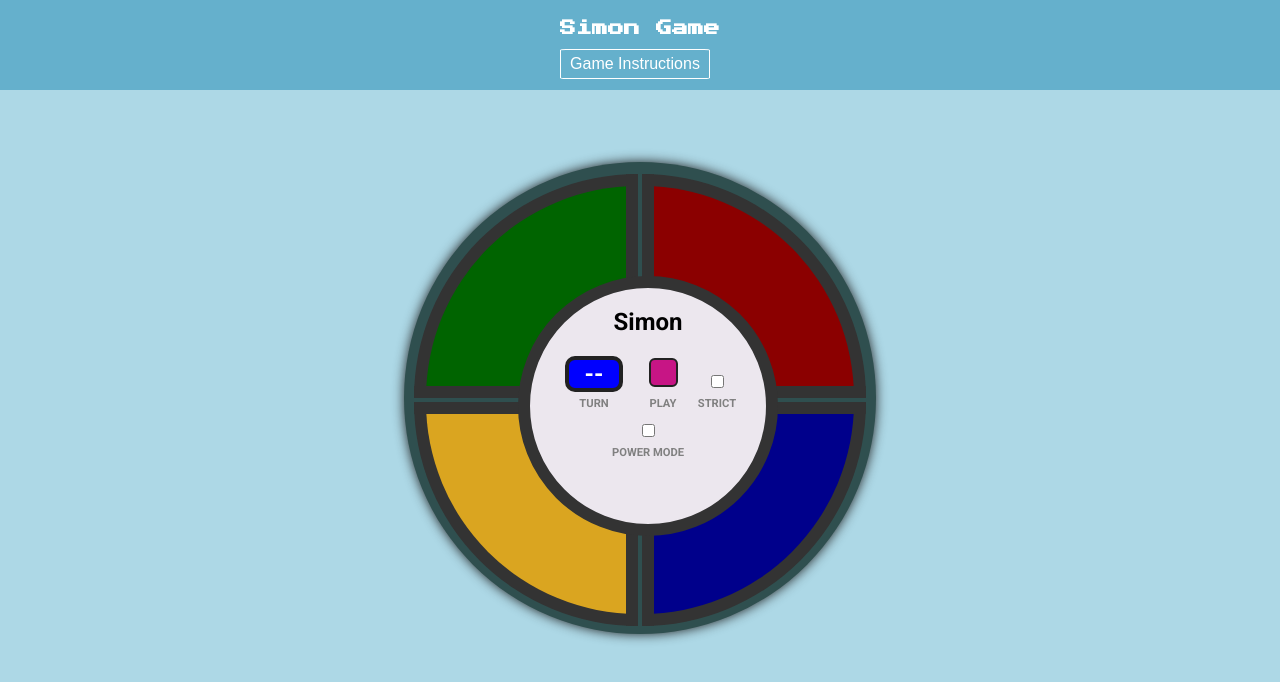
Repository: bbarbara19/memorygame
Page: index.html
The author's editor kept a record of every edit. The page is drawn from the files as they stood at one moment, then again after the next edit.
The browser window is 1280 px wide. The pictures show the whole page.

Above is the page before.

### index.html
<!DOCTYPE html>
<html lang="en">
<head>
    <meta charset="UTF-8">
    <meta name="viewport" content="width=device-width, initial-scale=1.0">
    <meta http-equiv="X-UA-Compatible" content="ie=edge">
    <link rel="stylesheet" href="style.css" type="text/css"/>
    <script src="https://cdn.jsdelivr.net/npm/sweetalert2@8"></script>
    <title>Simon Game</title>
      <audio id="clip1" src="sounds/simonSound1.mp3"></audio>
      <audio id="clip2" src="sounds/simonSound2.mp3"></audio>
      <audio id="clip3" src="sounds/simonSound3.mp3"></audio>
      <audio id="clip4" src="sounds/simonSound4.mp3"></audio>
</head>
<body>

<!--nav bar-->
<nav>
    <div class="title">
        <h1>Simon Game</h1>
    </div>
    <div class="btn-wrap">
            <button class="btn-GameHelp" onclick="gamehelp();">Game Instructions</button>
    </div>
</nav>
<!--end nav bar-->

<!--Container Game console-->
<div class="container">
    <div class="fourPads">
        <div>
            <div class="inline pad green" id='green'></div>
            <div class="inline pad red" id='red'></div>
        </div>
        <div>
          <div class="inline pad yellow" id='yellow'></div>
          <div class="inline pad blue" id='blue'></div>
        </div>
     </div> <!--end fourPads -->
     <div class="console"><!--inner game console -->
         <h2>Simon</h2>
         <div class="rw">
             <div class="display inline">
                 <h2 class="counter boxTurn" id="Counter">--</h2>
                 <h3 class="label">TURN</h3>
             </div>
             <div class="btn-box inline">
                 <div class="round-btn clickable" id="start"></div>
                 <h3 class="label">PLAY</h3>
             </div>
             <div class="btn-box inline">
                 <input type="checkbox" class="toggle" id="strictMode">
                 <h3 class="label">STRICT</h3>
             </div>
             <div>
                 <div>
                 <input type="checkbox" class="toggle inline" id="powerMode">
                 <h3 class="label">POWER MODE</h3>
                 </div>
             </div>
             <!--end center div-->
         </div>
    </div>
    <!--end inner game console -->
</div>
<!--end main game container -->
<script type="text/javascript" src="script.js"></script>
</body>
</html>

### style.css
@import url('https://fonts.googleapis.com/css?family=Roboto:300,400,500,700&display=swap');
@import url('https://fonts.googleapis.com/css?family=Press+Start+2P&display=swap');

body {
 background-color: lightblue;
 font-family:Roboto;
 margin:0;
 padding:0;
}

/*--style Button Drop down instructions--*/

/* Dropdown Button */
.btn-GameHelp {
  background-color: #65b0cc;
  color: white;
  padding: 5px;
  width:150px;
  position: relative;
  margin: 10 auto;
  font-size: 16px;
  cursor: pointer;
  left:20px;
  border-radius:4%;
  border: solid 1px white;
  text-align:center;
}

.btn-GameHelp:hover {
  background-color: LightBlue;
  color:#3085d6;
  border: solid 1px  #3085d6;
  #3085d6
}

.btn-wrap {
  width: 200px;
  margin: 0 auto;
  position:relative;
}

nav {
  margin:0;
  width:100%;
  height:70px;
  background-color:#65b0cc;
  padding-top: 10px;
  padding-bottom: 10px;
  padding-right: 0px;
  padding-left: 0px;
}

.title{
 width: 50%;
 margin: 0 auto;
}
/*--End style Button Drop down instructions--*/

/*--style Game container--*/

h1{
  font-family: 'Press Start 2P', cursive !important;
  font-size:16px;
  color : white !important;
  margin-top:10px;
  text-align:center;
}

.container{
  width: 472px;
  height:472px;
  border-radius:100%;
  position: relative;
  text-align: center;
  margin:auto;
  background-color:darkslategray;
  top:10vh;
  box-shadow: 0px 0px 12px #222;
}

.fourPads{
  position: relative;
  top:12px;
}

.pad.red {
    background:darkred;
    border-top-right-radius : 100%;
}

.pad.green {
    background:darkgreen;
    border-top-left-radius : 100%;
}

.pad.yellow {
    background:goldenrod;
    border-bottom-left-radius : 100%;
}

.pad.blue {
    background:darkblue;
    border-bottom-right-radius : 100%;
}

.console{
  width:50%;
  height:50%;
  position : absolute;
  border-radius:100%;
  top:50%;
  left:50%;
  margin: -122px 0 0  -122px;
  background-color:#ECE7EE;
  border: 12px solid #333;
}

.pad {
  position  : relative;
 /* width:200px;*/
 /* height:200px;*/
  width:200px;
  height:200px;
  background-color : grey;
  border: 12px solid #333;
}

.inline{
  display: inline-block;
}

.counter{
  font-family: Roboto;
  color : white;
  padding : 0px;
  font-size : 1.5em;
  width : 50px;
  background-color: #00FF;
  position:relative;
  border : 4px solid #222;
  border-radius : 10px;
  margin:auto;
}

.round-btn{
  width : 25px;
  height : 25px;
  position: relative;
  background-color : mediumvioletred;
  border-radius : 20%;
  border : 2px solid #222;
  margin:auto;
  top : -5px;
}

.round-btn:active{
    box-shadow : 0 1px 1px #292929;
    top : -4px;
}

.clickable{
  pointer-events : auto;
  cursor:pointer;
}

.led-on{
  background-color:#DC0D29;
}

.led-off{
  color:white;
}

.label{
  color : grey;
  font-family :Roboto;
  font-size:0.7em;
  margin-top:5px;
  text-align:center;
}

.display{
  width : 80px;
  position:relative;
  text-align:center;
}

.btn-box{
  width : 50px;
  position:relative;
}
/*--style Game container--*/

/* ---- Scaling for Mobile--- */
@media screen and (max-width: 480px) {

  .container {
    top: 40px;
    -moz-transform: scale(0.7);
    -ms-transform: scale(0.7);
    -o-transform: scale(0.7);
    -webkit-transform: scale(0.7);
    transform: scale(0.6); /* scaleX(0.6) scaleY(0.6) */

    -o-transform-origin: 0 0;
    -ms-transform-origin: 0 0;
    -webkit-transform-origin: 0 0;
    -moz-transform-origin: 0 0;
    transform-origin: 0 0;

    left: 50%;
    margin-left: -142px;
  }
}

### script.js
let SimonOrder = [];
let playerOrder = [];
let lights;
let turn;
let winTurn;
let SimonTurn;
let intervalId;
let strict = false;
let sound = true;
let power = false;
let win;

const turnCounter = document.querySelector("#Counter");

/* event listener to check if StrictMode is checked or not */
function StrictMode(){
  if (document.querySelector('#strictMode').checked == true){
  console.log('selezionato');
  strict = true;
  } else {
  strict = false;
  }
}

/* event listener on the click on the strict mode checkbox, to call the function StrictMode()*/
document.querySelector('#strictMode').addEventListener('click', function(){
 console.log('StrictMode');
 StrictMode();
})


/* Power mode checked - allows different messages on the counter box */
function PowerChecked(){
if (document.querySelector('#powerMode').checked == true){
  console.log('power mode is on');
  power = true;
  document.querySelector(".boxTurn").innerHTML = "ON";
  } else {
  console.log('power mode is off');
  power = false;
  document.querySelector(".boxTurn").innerHTML = "OFF";
  clearColor();
  clearInterval(intervalId);
  }
}

/* event listener on the click on the power mode checkbox, to call the function PowerChecked()*/
document.querySelector('#powerMode').addEventListener('click', function(){
 console.log('PowerClicked');
 PowerChecked();
 alert('Power Mode active, press the Play button!')
})

/* function clear Color - reset the pad colours to dark after the turn */
function clearColor() {
  document.querySelector('.green').style.backgroundColor = "darkgreen";
  document.querySelector('.red').style.backgroundColor = "darkred";
  document.querySelector('.yellow').style.backgroundColor = "goldenrod";
  document.querySelector('.blue').style.backgroundColor = "darkblue";
}

/* function Flash Color - flashes the pad colours during the turn */
function flashColor() {
 document.querySelector('.green').style.backgroundColor = "lime";
 document.querySelector('.red').style.backgroundColor = "red";
 document.querySelector('.yellow').style.backgroundColor = "yellow";
 document.querySelector('.blue').style.backgroundColor = "turquoise";
}

/* functions play audio clips */
function padgreen() {
  if (sound) {
    let audio = document.getElementById("clip1");
    audio.play();
  }
  sound = true;
  document.querySelector('.green').style.backgroundColor = "lime";
}

function padred() {
  if (sound) {
    let audio = document.getElementById("clip2");
    audio.play();
  }
  sound = true;
  document.querySelector('.red').style.backgroundColor = "red";
}

function padblue() {
  if (sound) {
    let audio = document.getElementById("clip3");
    audio.play();
  }
  sound = true;
  document.querySelector('.blue').style.backgroundColor = "turquoise";
}

function padyellow() {
  if (sound) {
    let audio = document.getElementById("clip4");
    audio.play();
  }
  sound = true;
  document.querySelector('.yellow').style.backgroundColor = "yellow";
}

/* Play function that generates the game sequence, resets the Simon and player order array,
sets the turn counter to 1 */

function play() {
  SimonOrder = [];
  playerOrder = [];
  lights = 0;
  win = false;
  winTurn = true;
  intervalId = 0;
  turn = 1;
  turnCounter.innerHTML = 1;
  for (var i = 0; i < 10; i++) {
    SimonOrder.push(Math.floor(Math.random() * 4) + 1);
  }
  console.log(SimonOrder);
  SimonTurn = true; /*it starts with the computer turn*/
  intervalId = setInterval(gameTurn, 800); //
}

function gameTurn() {
  power = false;
/* during the computer turn the event listener on the pad clicks is disabled */
  if (lights == turn) {
    clearInterval(intervalId);
    SimonTurn = false;
    clearColor();
    power = true;
  }

/* if it is the computer turn, it clears all the pad colours and activate the lights sequence */
  if (SimonTurn) {
    clearColor();
    setTimeout( function Flash() {
      if (SimonOrder[lights] == 1){
        padgreen();
      }
      if (SimonOrder[lights] == 2){
        padred();
      }
      if (SimonOrder[lights] == 3){
        padblue();
      }
      if (SimonOrder[lights] == 4){
        padyellow();
      }
      lights++; //the number of lights is going to be incremented of one at each turn
    }, 200);
  }
}

/*event listener of the start button to call the play()function*/
document.querySelector("#start").addEventListener('click', function StartCommand(){
  if (power || win) {
  console.log('start pressed');
  play();
  }
})

/*function that checks the win status of the turn*/
function winTest() {
  if (playerOrder[playerOrder.length - 1] !== SimonOrder[playerOrder.length - 1]) {
    winTurn = false;
    console.log(winTurn);
    flashColor();
    turnCounter.innerHTML ="NO!";
    if (strict){
    clearColor();
    setTimeout(function(){ gameOverAlert(); }, 100);
    play();//resets the game and starts play again
    }
    else {
    setTimeout(function(){ window.alert("Wait for the new Simon round and try again!"); }, 70);
    setTimeout(function(){
      turnCounter.innerHTML = turn;
      clearColor();
      SimonTurn = true;
      lights = 0;
      playerOrder = [];
      winTurn = true;
      intervalId = setInterval(gameTurn, 800);
       }, 800);
       sound = false;
      }
  }

  if (playerOrder.length == 10 && winTurn) {
    winGame();
  }

  if (turn == playerOrder.length && winTurn && !win) {
    turn++;
    playerOrder = [];
    SimonTurn = true;
    lights = 0;
    setTimeout(function(){ window.alert("you won the turn!"); }, 70);
    setTimeout(function(){ turnCounter.innerHTML = turn; }, 70);
    turnCounter.innerHTML = turn;
    intervalId = setInterval(gameTurn, 800);
    console.log('the turn number is:'+turn);
  }
}

/*function that listens to the player click on the pads, records the number clicked in the Player Order array
flashes the pad and sounds and after a timeout clear the pad colours*/

document.querySelectorAll('.pad').forEach(function(e){
    e.addEventListener('click', function(){
      if (power){
        console.log('cliccato');
        var padClicked = this.id;
              switch (padClicked) {
              case "green":
                console.log('green clicked');
                playerOrder.push(1);
                console.log(playerOrder);
                padgreen();
                winTest();
                if (!win) {
                  setTimeout(function(){
                  clearColor();
                 }, 300);
                }
                break;
              case "yellow":
                console.log('yellow clicked');
                playerOrder.push(4);
                console.log(playerOrder);
                padyellow();
                winTest();
                if (!win) {
                  setTimeout(function(){
                  clearColor();
                 }, 300);
                }
                break;
              case "red":
                console.log('red clicked');
                playerOrder.push(2);
                console.log(playerOrder);
                padred();
                winTest();
                if (!win) {
                  setTimeout(function(){
                  clearColor();
                 }, 300);
                }
                break;
              case "blue":
                console.log('blue clicked');
                playerOrder.push(3);
                console.log(playerOrder);
                padblue();
                winTest();
                if (!win) {
                  setTimeout(function(){
                  clearColor();
                 }, 300);
                }
                break;
              default:
                console.log('no match found');
            }
         }
          })
      })


/*function win the game*/
function winGame() {
  flashColor();
  turnCounter.innerHTML = "WIN!";
  power = false;
  win = true;
  gameWinAlert();
}



/*function sweetalert2 - alert Game Help instructions*/
function gamehelp()
  {
    Swal.fire({
  type: 'info',
  text: "You won't be able to revert this!",
  html:
    '<small>Simon is a memory game in which you need to repeat a sequence of tones and lights, played by the device by pressing the buttons.</small>' +
    '<small>To win the game you have to pass 10 rounds, at each turn, the series becomes progressively longer and more complex.</small>' +
    '<small><h3><b>How to play</b></h3></small>' +
    '<li><small>To start the game check the Power Mode and the Play button</small></li>' +
    '<li><small>Each turn starts with the device flashing a sequence of lights</small></li>' +
    '<li><small>You have to repeat the same sequence by pressing the buttons</small></li>' +
    '<li><small>If you do a mistake, you can retry after the sequence is repeated</small></li>' +
    '<li><small>With the strict mode checked, the game is over after each mistake</small></li>' +
    '<li><small>The number of flashes matches the turn number of the counter</small></li>' +
    '<li><small>In each turn an additional sound is added to the previous sequence</small></li>',
  showCloseButton: true,
  showCancelButton: false,
  focusConfirm: false,
  confirmButtonAriaLabel: 'Thumbs up, great!',
    })
  }

/*function sweetalert2 - alert Win Game */
function gameWinAlert()
  {
   Swal.fire({
  html:
    '<i class="fas fa-medal"></i> ' +
    '</br> ' +
    '<b>Congratulations!</b> ' +
    'You are the winner!</b>',
  showCloseButton: false,
  showCancelButton: false,
  focusConfirm: false,
  confirmButtonAriaLabel: 'Thumbs up, great!',
    })
  }

/*function sweetalert2 - alert game over*/
function gameOverAlert()
  {
   Swal.fire({
  html:
    '<i class="fas fa-gamepad"></i> ' +
    '</br> ' +
    '<b>Game Over</b> ' +
    'Play again!</b>',
  showCloseButton: false,
  showCancelButton: false,
  focusConfirm: false,
  confirmButtonAriaLabel: 'Thumbs up, great!',
    })
  }

After the next edit:
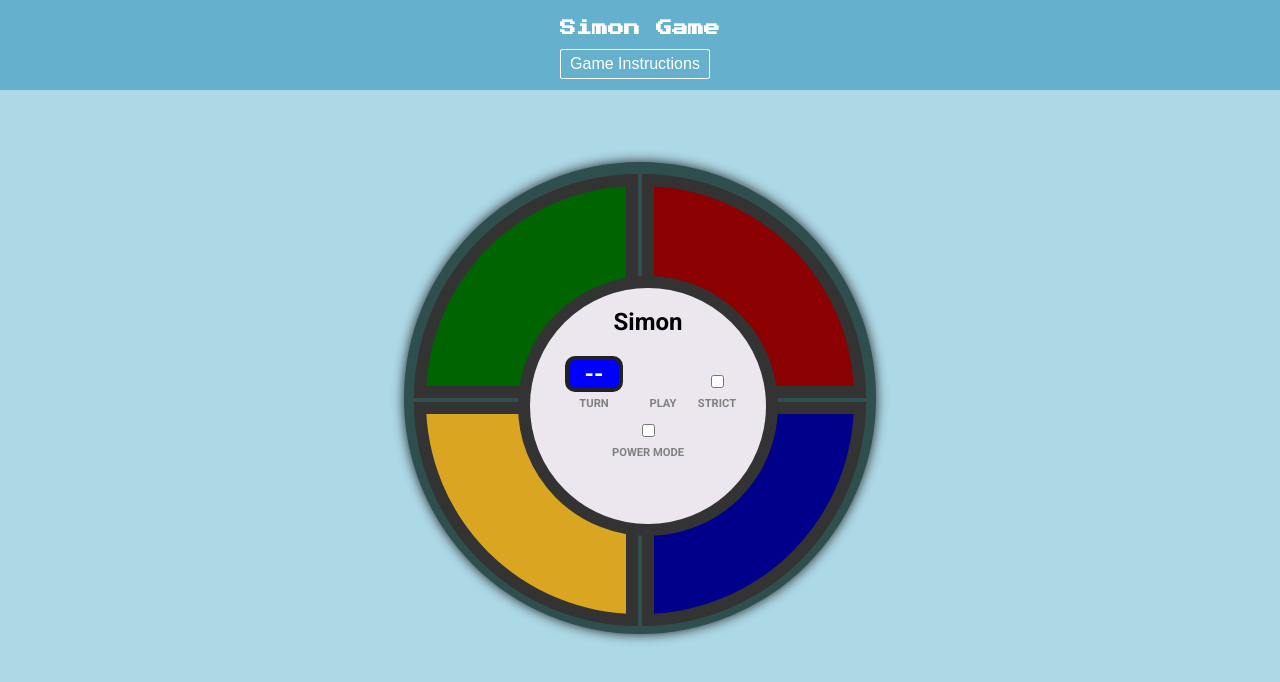
The edit:
--- a/index.html
+++ b/index.html
@@ -45,7 +45,7 @@
                  <h3 class="label">TURN</h3>
              </div>
              <div class="btn-box inline">
-                 <div class="round-btn clickable" id="start"></div>
+                 <div class="play-btn clickable" id="start"></div>
                  <h3 class="label">PLAY</h3>
              </div>
              <div class="btn-box inline">
